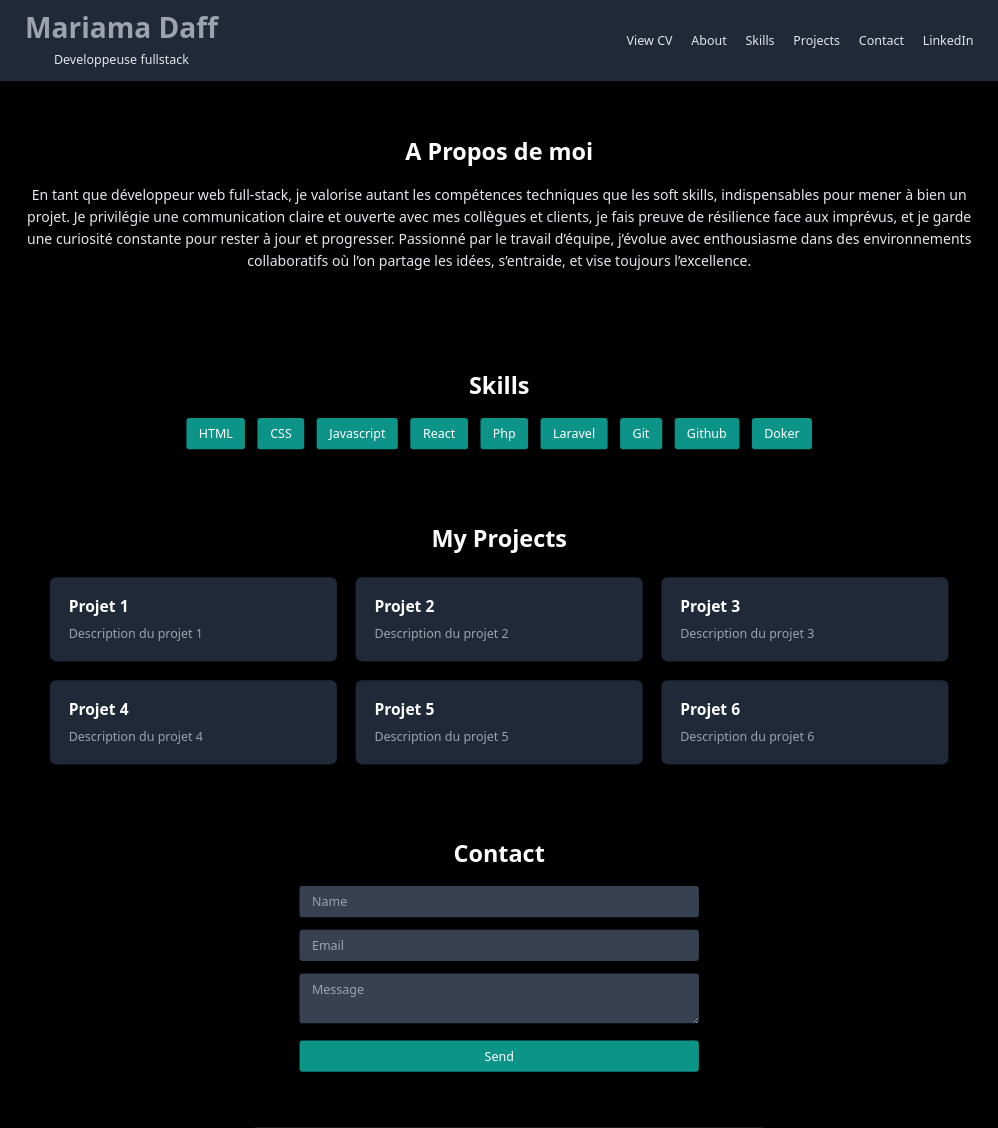
Repository: mariamdaff/Projets_Perso
Page: / (app in mon_portfolio/)
These files come from the project's save history. The page is drawn as it stood at one moment and after the next save; the edit follows.
The browser window is 1280 px wide. The pictures show the whole page, at 78% of full size.
The project was rebuilt for these pictures with package versions that can differ from the ones it lists, and the page was loaded fresh each time. Also part of the build but not shown: mon_portfolio/vite.config.js.

Above is the page before, as saved 2025-04-20 16:34:06.

### mon_portfolio/index.html
<!doctype html>
<html lang="en">
  <head>
    <meta charset="UTF-8" />
    <link rel="icon" type="image/svg+xml" href="/cvFivicon.png" />
    <meta name="viewport" content="width=device-width, initial-scale=1.0" />
    <title>Mon portfolio</title>
  </head>
  <body className="bg-black text-gray-400">
    <div id="root"></div>
    <script type="module" src="/src/main.jsx"></script>
  </body>
</html>

### mon_portfolio/src/main.jsx
import './index.css';
import { StrictMode } from 'react'
import { createRoot } from 'react-dom/client'
import './index.css'
import App from './App.jsx'

createRoot(document.getElementById('root')).render(
  <StrictMode>
    <App />
  </StrictMode>,
)

### mon_portfolio/src/App.jsx
import React from 'react';
import { BrowserRouter as Router, Routes, Route } from 'react-router-dom';
// import NavbarElement from './component/navBar/NavBarComponent';
import Layout from './Layout';


const App = () => {
  return (
    <Router>

      <Routes>
        <Route path="/" element={<Layout />}>
        </Route>
      </Routes>

    </Router>
  );
};

export default App;

### mon_portfolio/src/Layout.jsx
import React from 'react';
import NavbarElement from './components/navBar/NavBarComponent';
import Projets from './components/projets/Projets';
import Contact from './components/contact/Contact';
import APropos from './components/A_Propos/APropos';
import Skills from './components/skills/Skills';
// import Projets from './components/Projets'
import { Outlet } from 'react-router-dom';

const Layout = () => {
  return (
    <div className="bg-black min-h-screen text-white scroll-smooth">
      <NavbarElement />
      <main className="p-6">
        <section id="a-propos">
          <APropos />
        </section>
        <section id="skills">
          <Skills />
        </section>
        <section id="projets">
          <Projets />
        </section>
        <section id="contact">
          <Contact />
        </section>
      </main>
    </div>
  );
};

export default Layout;

### mon_portfolio/src/components/navBar/NavBarComponent.jsx

import React from 'react';
import LiensDeNavigation from './NavBarLiens.jsx';
import Description from './NavBarDescriptionPost.jsx';
import MonNom from './NavBarNom.jsx';


const NavbarElement = () => {
  return (
    <header className="sticky top-0 z-50 bg-gray-800 shadow-md">
      <nav className="text-gray-200 px-8 py-4 flex justify-between items-center">
        <div className="text-center">
          <MonNom />
          <Description />
        </div>
        <LiensDeNavigation />
      </nav>
    </header>
  );
};

export default NavbarElement;

### mon_portfolio/src/components/projets/Projets.jsx
import React from 'react';

const Projets = () => {
  const projets = [
    { id: 1, titre: 'Projet 1', description: 'Description du projet 1' },
    { id: 2, titre: 'Projet 2', description: 'Description du projet 2' },
    { id: 3, titre: 'Projet 3', description: 'Description du projet 3' },
    { id: 4, titre: 'Projet 4', description: 'Description du projet 4' },
    { id: 5, titre: 'Projet 5', description: 'Description du projet 5' },
    { id: 6, titre: 'Projet 6', description: 'Description du projet 6' },
  ];

  return (
    <section className="py-12 px-4 bg-black text-white">
      <h2 className="text-3xl font-bold mb-8 text-center">My Projects</h2>
      <div className="grid grid-cols-1 sm:grid-cols-2 lg:grid-cols-3 gap-6 max-w-6xl mx-auto">
        {projets.map((projet) => (
          <div
            key={projet.id}
            className="bg-gray-800 p-6 rounded-lg shadow-lg hover:scale-105 transition"
          >
            <h3 className="text-xl font-semibold mb-2">{projet.titre}</h3>
            <p className="text-gray-400">{projet.description}</p>
          </div>
        ))}
      </div>
    </section>
  );
};

export default Projets;

### mon_portfolio/src/components/contact/Contact.jsx
import React from 'react';
const Contact =()=>{
    return(
        <section className="py-12 text-center">
        <h2 className="text-3xl font-semibold mb-6">Contact</h2>
        <form className="max-w-lg mx-auto">
          <input
            type="text"
            placeholder="Name"
            className="bg-gray-700 text-white px-4 py-2 rounded mb-4 w-full"
          />
          <input
            type="email"
            placeholder="Email"
            className="bg-gray-700 text-white px-4 py-2 rounded mb-4 w-full"
          />
          <textarea
            placeholder="Message"
            className="bg-gray-700 text-white px-4 py-2 rounded mb-4 w-full"
          />
          <button className="bg-teal-600 px-6 py-2 rounded w-full">Send</button>
        </form>
      </section>
    );
};

export default Contact;

### mon_portfolio/src/components/A_Propos/APropos.jsx
import React from 'react';
const APropos = () =>{
    return(
        <section className="text-center py-12">
        <h2 className="text-3xl font-semibold mb-6">A Propos de moi</h2>
       <p className="text-lg text-gray-200 mb-8">En tant que développeur web full-stack, je valorise autant les compétences techniques que les soft skills,
         indispensables pour mener à bien un projet. Je privilégie une communication claire et ouverte avec mes collègues et clients,
          je fais preuve de résilience face aux imprévus, et je garde une curiosité constante pour rester à jour et progresser.
          Passionné par le travail d’équipe, j’évolue avec enthousiasme dans des environnements collaboratifs où l’on partage les idées,
           s’entraide, et vise toujours l’excellence.</p>
      </section>
    );

};
export default APropos;

### mon_portfolio/src/components/skills/Skills.jsx
import React from 'react';
const Skills = () =>{
    return(
        <section className="py-12 text-center">
        <h2 className="text-3xl font-semibold mb-6">Skills</h2>
        <div className="space-x-4">
        <button className="bg-teal-600 px-4 py-2 rounded">HTML</button>
        <button className="bg-teal-600 px-4 py-2 rounded">CSS</button>
        <button className="bg-teal-600 px-4 py-2 rounded">Javascript</button>
        <button className="bg-teal-600 px-4 py-2 rounded">React</button>
        <button className="bg-teal-600 px-4 py-2 rounded">Php</button>
        <button className="bg-teal-600 px-4 py-2 rounded">Laravel</button>
        <button className="bg-teal-600 px-4 py-2 rounded">Git</button>
        <button className="bg-teal-600 px-4 py-2 rounded">Github</button>
        <button className="bg-teal-600 px-4 py-2 rounded">Doker</button>
        </div>
        </section>
    );

};
export default Skills;

### mon_portfolio/src/components/navBar/NavBarLiens.jsx
import React from 'react';
 import { Link } from 'react-router-dom';



const LiensDeNavigation = () =>{
return (
    <ul className="flex space-x-6">
      <li> <a
            href="/monCV.pdf"
            target="_blank"
            rel="noopener noreferrer"
            className="btn-nav hover:text-gray-400 transition"
            >
             View CV
        </a></li>
        <a href="#a-propos" className="hover:text-gray-400 transition">About</a>
<a href="#skills" className="hover:text-gray-400 transition">Skills</a>
<a href="#projets" className="hover:text-gray-400 transition">Projects</a>
<a href="#contact" className="hover:text-gray-400 transition">Contact</a>
      <li><a href="https://www.linkedin.com/in/mariama-daff"
            target="_blank"
            rel="noopener noreferrer"
            className="nav-btn  hover:text-gray-400 transition"
            >
            LinkedIn
        </a></li>

    </ul>
  );
};

export default LiensDeNavigation;

### mon_portfolio/src/components/navBar/NavBarDescriptionPost.jsx
import React from 'react';

const Description = () =>{
return (
   <p className="text-md mt-2">Developpeuse fullstack</p>
  );
};

export default Description;

### mon_portfolio/src/components/navBar/NavBarNom.jsx
import React from 'react';

const MonNom = () =>{
return (
   <h1 className="text-4xl font-bold text-gray-400">Mariama Daff</h1>
  );
};

export default MonNom;

Loaded but not shown: mon_portfolio/src/index.css (common file); mon_portfolio/tailwind.config.js (common file)

After the next save:
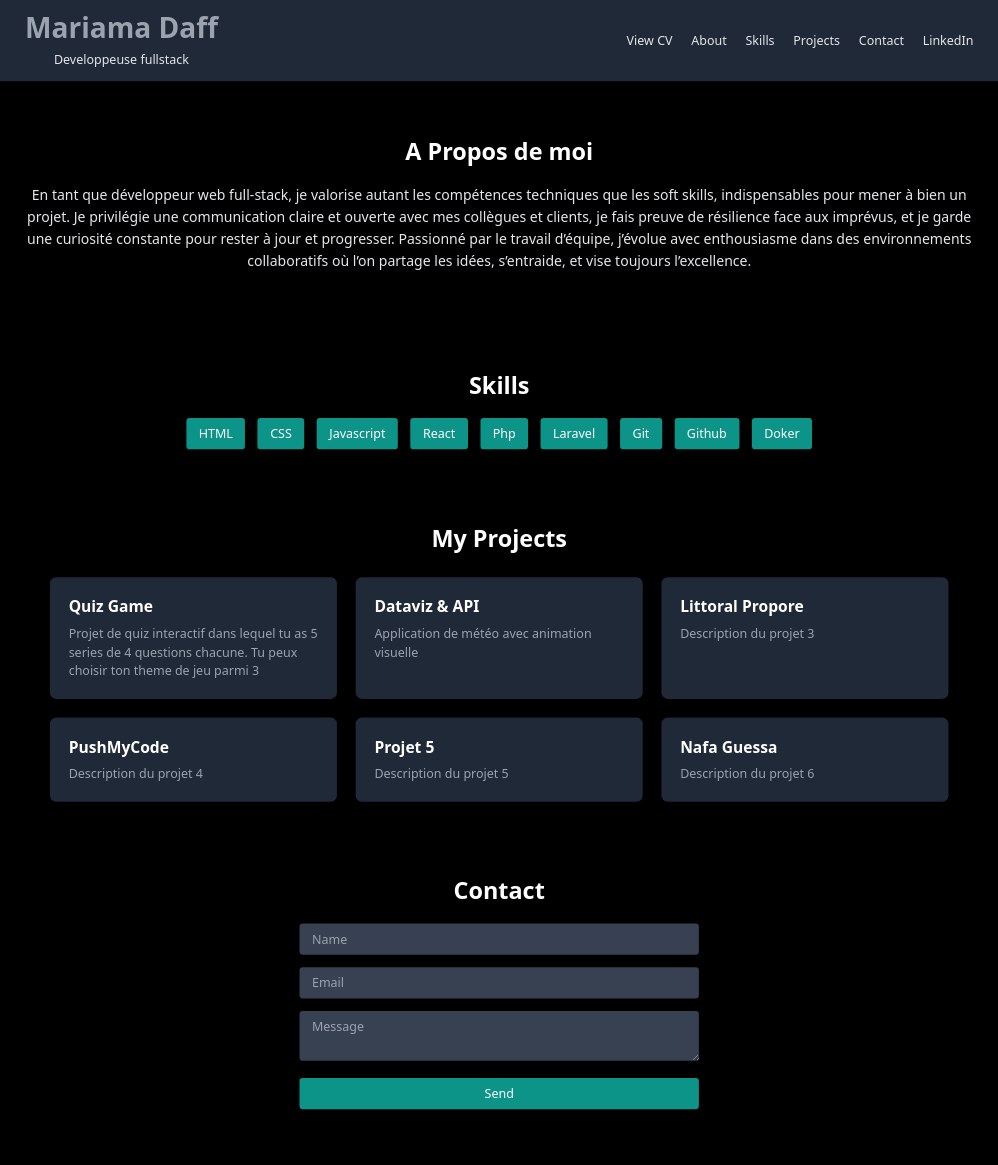
Saved 9 min 41 s later.
--- a/mon_portfolio/src/components/projets/Projets.jsx
+++ b/mon_portfolio/src/components/projets/Projets.jsx
@@ -2,12 +2,12 @@
 
 const Projets = () => {
   const projets = [
-    { id: 1, titre: 'Projet 1', description: 'Description du projet 1' },
-    { id: 2, titre: 'Projet 2', description: 'Description du projet 2' },
-    { id: 3, titre: 'Projet 3', description: 'Description du projet 3' },
-    { id: 4, titre: 'Projet 4', description: 'Description du projet 4' },
+    { id: 1, titre: 'Quiz Game', description: 'Projet de quiz interactif dans lequel tu as 5 series de 4 questions chacune. Tu peux choisir ton theme de jeu parmi 3'},
+    { id: 2, titre: 'Dataviz & API', description: 'Application de météo avec animation visuelle ' },
+    { id: 3, titre: 'Littoral Propore', description: 'Description du projet 3' },
+    { id: 4, titre: 'PushMyCode ', description: 'Description du projet 4' },
     { id: 5, titre: 'Projet 5', description: 'Description du projet 5' },
-    { id: 6, titre: 'Projet 6', description: 'Description du projet 6' },
+    { id: 6, titre: 'Nafa Guessa', description: 'Description du projet 6' },
   ];
 
   return (
